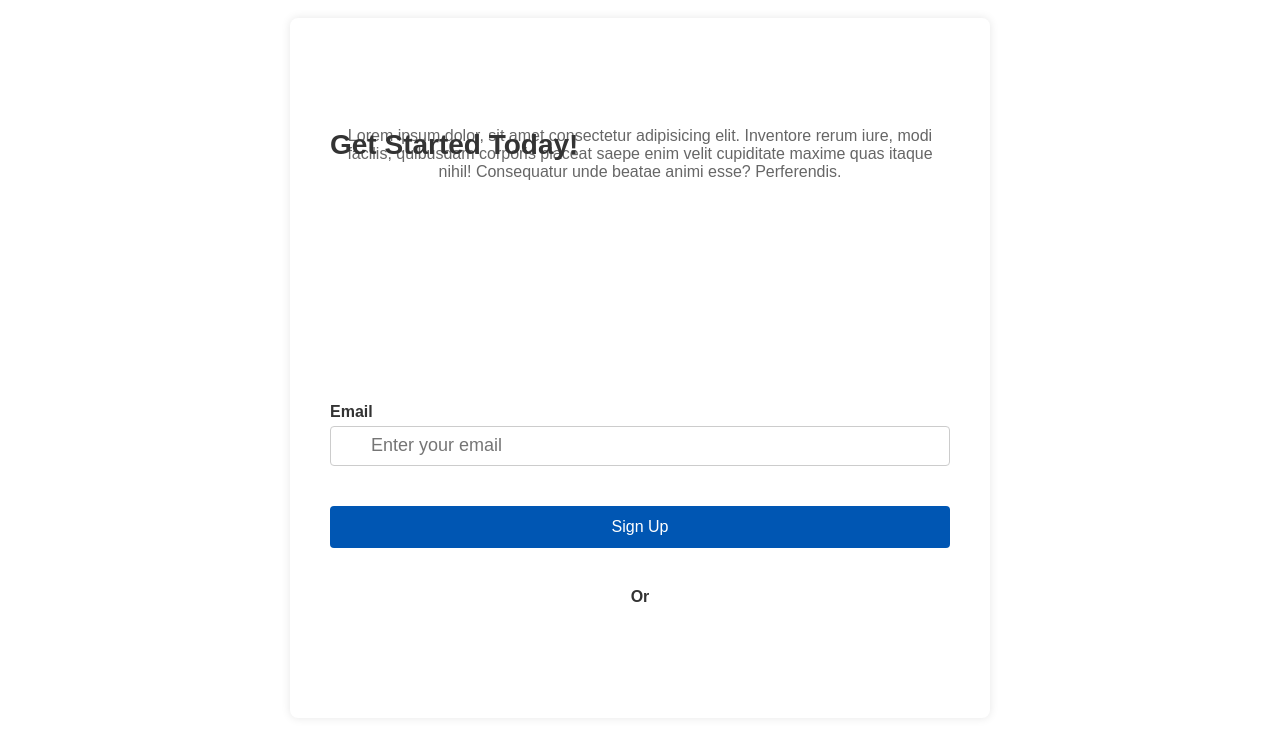
Repository: Femi007-gh/LOGIN-INTERFACE
Page: index.html
The author's editor kept a copy of each file at every save. The page is drawn from the files as they stood at one save, then again after a run of saves.
The browser window is 1280 px wide. The pictures show the whole page.

Above is the page before, as saved 2025-01-21 06:53:38.

After the next 2 saves:
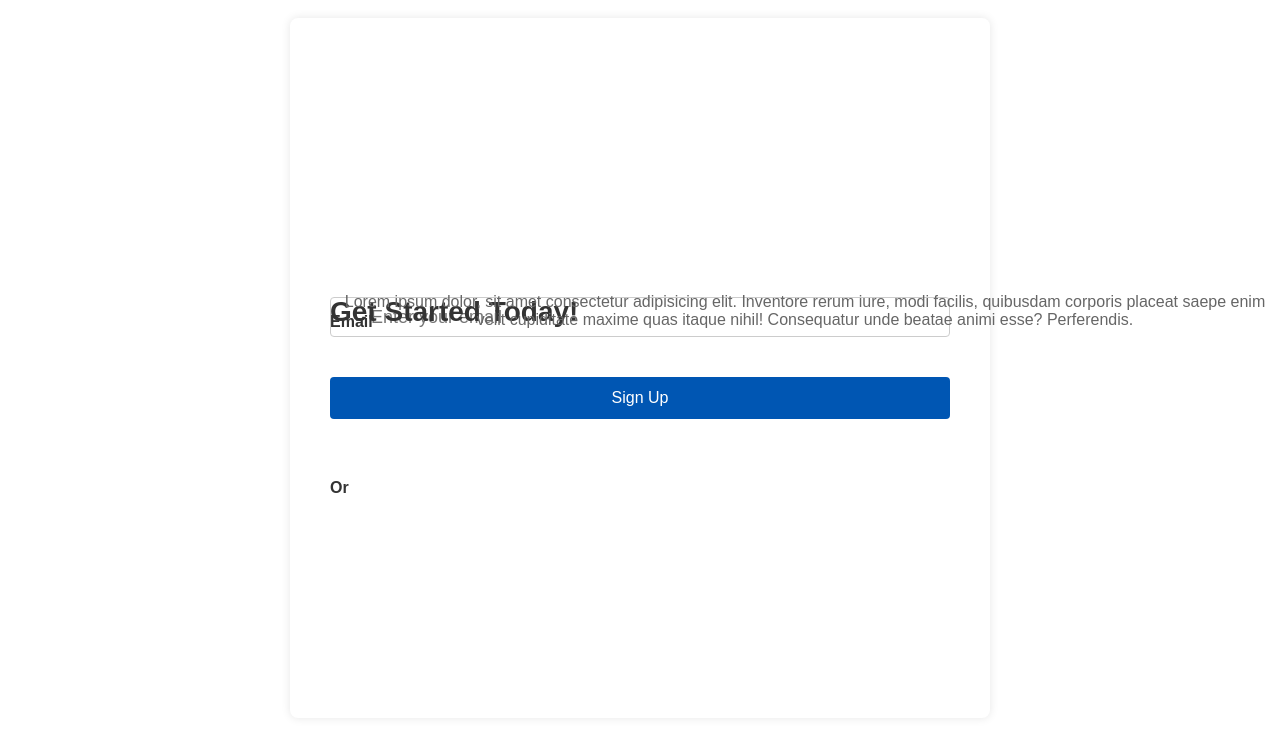
The 2 saves are shown as one change because they came seconds apart.
The last was saved 8 s later.
--- a/style.css
+++ b/style.css
@@ -37,7 +37,7 @@
 p {
   margin-bottom: 222;
   color: #666;
-  p
+  position: fixed;
 }
 
 .inter-group {

After the save that followed:
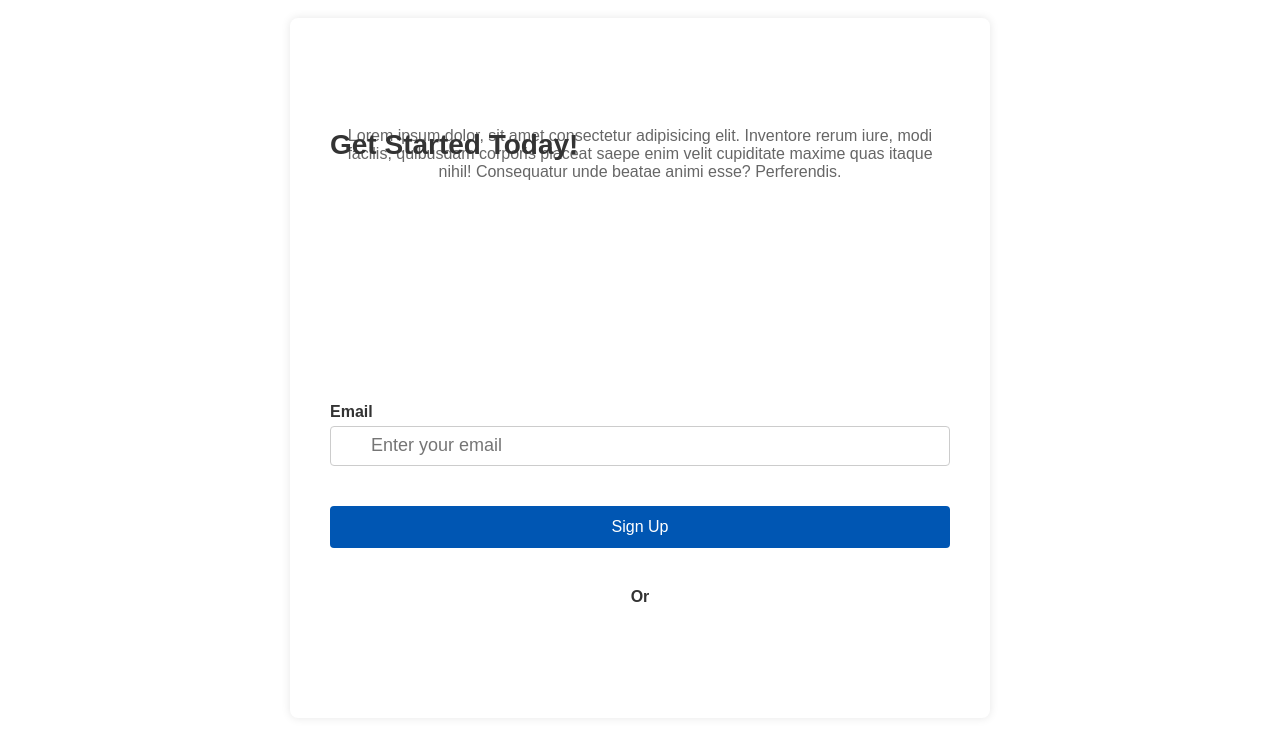
Saved 7 s later.
--- a/style.css
+++ b/style.css
@@ -37,7 +37,7 @@
 p {
   margin-bottom: 222;
   color: #666;
-  position: fixed;
+
 }
 
 .inter-group {
